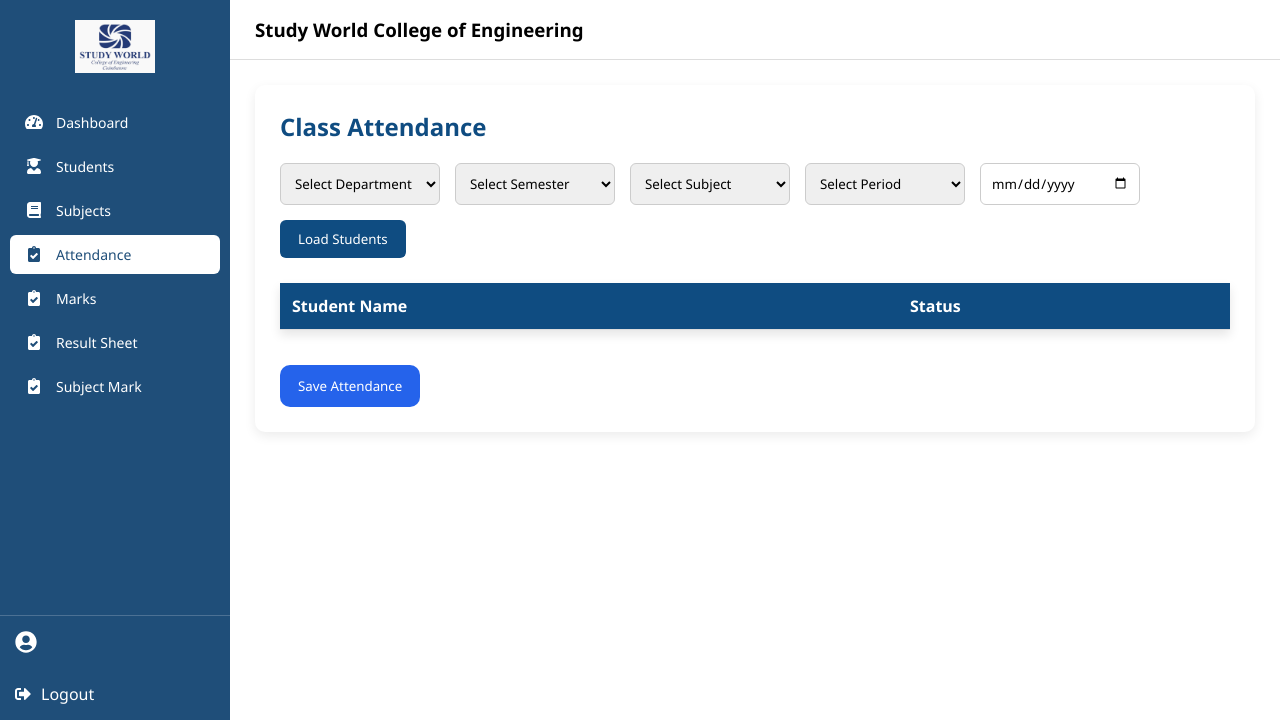
Repository: arthanarieswara/frontend
Page: /attendance
The author's editor kept a copy of each file at every save. The page is drawn from the files as they stood at one save, then again after the next save.
The browser window is 1280 px wide. The pictures show the whole page.
The page's requests for data from a server got no answer. The project was rebuilt for these pictures with package versions that can differ from the ones it lists, and the page was loaded fresh each time. No one was signed in, and anything a server would have sent is missing. Also part of the build but not shown: vite.config.js, src/pages/auth/Login.jsx, src/pages/dashboard/Dashboard.css, src/pages/dashboard/Dashboard.jsx, src/pages/departments/Departments.jsx, src/pages/students/Students.css, src/pages/students/Students.jsx, src/pages/faculty/Faculty.css and 12 more.

Above is the page before, as saved 2026-04-17 13:36:24.

### index.html
<!doctype html>
<html lang="en">
  <head>
    <meta charset="UTF-8" />
    <link rel="icon" type="image/svg+xml" href="/college-logo.png" />
    <meta name="viewport" content="width=device-width, initial-scale=1.0" />
    <title>SWMS</title>
  </head>
  <body>
    <div id="root"></div>
    <script type="module" src="/src/main.jsx"></script>
  </body>
</html>

### src/App.jsx
import AppRoutes from "./routes/AppRoutes";

function App() {
  return <AppRoutes />;
}

export default App;

### src/routes/AppRoutes.jsx
import { BrowserRouter, Routes, Route } from "react-router-dom";

import Login from "../pages/auth/Login";
import Dashboard from "../pages/dashboard/Dashboard";
import Departments from "../pages/departments/Departments";
import Students from "../pages/students/Students";
import Faculty from "../pages/faculty/Faculty";
import Subjects from "../pages/Subjects/Subjects";
import Attendance from "../pages/Attendance/Attendance";
import Users from "../pages/users/Users";
import UserMapping from "../pages/UserMapping/UserMapping"; // ✅ NEW
import FacultyAttendance from "../pages/faculty/FacultyAttendance";
import Marks from "../pages/marks/Marks";
import ResultSheet from "../pages/marks/ResultSheet";
import SubjectMarks from "../pages/marks/SubjectMarks";
function AppRoutes() {
  return (
    <BrowserRouter>
      <Routes>
        <Route path="/" element={<Login />} />
        <Route path="/dashboard" element={<Dashboard />} />
        <Route path="/departments" element={<Departments />} />
        <Route path="/students" element={<Students />} />
        <Route path="/faculty" element={<Faculty />} />
        <Route path="/subjects" element={<Subjects />} />
        <Route path="/attendance" element={<Attendance />} />
        <Route path="/users" element={<Users />} />
        <Route path="/faculty-attendance" element={<FacultyAttendance />} />

        {/* ✅ NEW ROUTE */}
        <Route path="/mapping" element={<UserMapping />} />
        <Route path="/marks" element={<Marks />} />
        <Route path="/result-sheet" element={<ResultSheet />} />
        <Route path="/subject-marks" element={<SubjectMarks />} />
      </Routes>
    </BrowserRouter>
  );
}

export default AppRoutes;

### src/pages/Attendance/Attendance.jsx
import { useEffect, useState } from "react";
import Layout from "../../components/Layout";
import api from "../../api/api";
import "./Attendance.css";

function Attendance() {
  const [departments, setDepartments] = useState([]);
  const [subjects, setSubjects] = useState([]);
  const [students, setStudents] = useState([]);

  const [department, setDepartment] = useState("");
  const [semester, setSemester] = useState("");
  const [subject, setSubject] = useState("");
  const [date, setDate] = useState("");
  const [period, setPeriod] = useState(""); // ✅ NEW

  const [attendance, setAttendance] = useState([]);
  const [loading, setLoading] = useState(false);

  /* ================= INIT ================= */

  useEffect(() => {
    fetchDepartments();
    fetchSubjects();
  }, []);

  /* ================= FETCH ================= */

  const fetchDepartments = async () => {
    try {
      const res = await api.get("/departments");
      setDepartments(res.data || []);
    } catch (err) {
      console.error("Departments Error:", err);
    }
  };

  const fetchSubjects = async () => {
    try {
      const res = await api.get("/subjects");
      setSubjects(res.data || []);
    } catch (err) {
      console.error("Subjects Error:", err);
    }
  };

  /* ================= LOAD STUDENTS ================= */

  const fetchStudents = async () => {
    if (!department || !semester) {
      alert("Select Department and Semester");
      return;
    }

    setLoading(true);

    try {
      const res = await api.get(
        `/attendance/filter?department_id=${department}&semester=${semester}`
      );

      const studentList = res.data || [];

      if (studentList.length === 0) {
        alert("No students found");
      }

      setStudents(studentList);

      const initial = studentList.map((s) => ({
        student_id: s.id,
        status: "Present",
      }));

      setAttendance(initial);

    } catch (err) {
      console.error("Fetch Students Error:", err);
      alert("Failed to load students");
    } finally {
      setLoading(false);
    }
  };

  /* ================= TOGGLE ================= */

  const toggleStatus = (index) => {
    const updated = [...attendance];

    updated[index].status =
      updated[index].status === "Present" ? "Absent" : "Present";

    setAttendance(updated);
  };

  /* ================= SAVE ================= */

  const saveAttendance = async () => {
    if (!subject || !date || !period || attendance.length === 0) {
      alert("Please select subject, date, period and load students");
      return;
    }

    setLoading(true);

    try {
      const data = {
        subject_id: subject,
        date,
        period, // ✅ NEW
        attendance,
      };

      console.log("Sending Attendance:", data);

      await api.post("/attendance", data);

      alert("✅ Attendance Saved Successfully");

      // OPTIONAL RESET
      setStudents([]);
      setAttendance([]);
      setPeriod("");

    } catch (err) {
      console.error("Save Error:", err.response?.data || err.message);

      alert(
        err.response?.data?.message ||
        "Error saving attendance"
      );
    } finally {
      setLoading(false);
    }
  };

  /* ================= UI ================= */

  return (
    <Layout>
      <div className="attendance-page">
        <h2>Class Attendance</h2>

        {/* FILTERS */}
        <div className="attendance-filters">

          <select
            value={department}
            onChange={(e) => setDepartment(e.target.value)}
          >
            <option value="">Select Department</option>
            {departments.map((d) => (
              <option key={d.id} value={d.id}>
                {d.name}
              </option>
            ))}
          </select>

          <select
            value={semester}
            onChange={(e) => setSemester(e.target.value)}
          >
            <option value="">Select Semester</option>
            {[1,2,3,4,5,6,7,8].map((s) => (
              <option key={s} value={s}>
                Semester {s}
              </option>
            ))}
          </select>

          <select
            value={subject}
            onChange={(e) => setSubject(e.target.value)}
          >
            <option value="">Select Subject</option>
            {subjects.map((s) => (
              <option key={s.id} value={s.id}>
                {s.name}
              </option>
            ))}
          </select>

          {/* ✅ PERIOD DROPDOWN */}
          <select
            value={period}
            onChange={(e) => setPeriod(e.target.value)}
          >
            <option value="">Select Period</option>
            {[1,2,3,4,5,6,7,8].map((p) => (
              <option key={p} value={p}>
                Period {p}
              </option>
            ))}
          </select>

          <input
            type="date"
            value={date}
            onChange={(e) => setDate(e.target.value)}
          />

          <button onClick={fetchStudents} disabled={loading}>
            {loading ? "Loading..." : "Load Students"}
          </button>
        </div>

        {/* TABLE */}
        <table className="attendance-table">
          <thead>
            <tr>
              <th>Student Name</th>
              <th>Status</th>
            </tr>
          </thead>

          <tbody>
            {students.map((s, index) => (
              <tr key={s.id}>
                <td>{s.name}</td>

                <td>
                  <button
                    className={
                      attendance[index]?.status === "Present"
                        ? "present"
                        : "absent"
                    }
                    onClick={() => toggleStatus(index)}
                  >
                    {attendance[index]?.status}
                  </button>
                </td>
              </tr>
            ))}
          </tbody>
        </table>

        <button
          className="save-btn"
          onClick={saveAttendance}
          disabled={loading}
        >
          {loading ? "Saving..." : "Save Attendance"}
        </button>
      </div>
    </Layout>
  );
}

export default Attendance;

### src/pages/auth/Login.css
*{
  margin:0;
  padding:0;
  box-sizing:border-box;
  font-family:"Segoe UI",sans-serif;
}

/* ANIMATED BACKGROUND */

.login-wrapper{
  height:100vh;
  display:flex;
  justify-content:center;
  align-items:center;
  background:linear-gradient(270deg,#0f4c81,#3a8bfd,#1a6ed8);
  background-size:600% 600%;
  animation:gradientBG 10s ease infinite;
}

@keyframes gradientBG{
  0%{background-position:0% 50%}
  50%{background-position:100% 50%}
  100%{background-position:0% 50%}
}

/* LOGIN CARD */

.login-card{
  width:420px;
  padding:40px;
  border-radius:12px;
  background:rgba(255,255,255,0.15);
  backdrop-filter:blur(15px);
  box-shadow:0 15px 40px rgba(0,0,0,0.3);
  text-align:center;
  color:white;
}

/* COLLEGE HEADER */

.college-logo{
  width:70px;
  margin-bottom:10px;
}

.college-header h1{
  font-size:20px;
  margin-bottom:5px;
}

.college-header p{
 font-size:13px;
  opacity:0.9;
}

.college-header span{
  font-size:12px;
  opacity:0.8;
}

.college-header{
  margin-bottom:30px;
}

/* INPUT GROUP */

.input-group{

  position:relative;
  margin-bottom:20px;
}

.input-group input{
  width:100%;
  padding:12px;
  border:none;
  border-radius:6px;
  outline:none;
  font-size:14px;
}

/* FLOATING LABEL */

.input-group label{
  position:absolute;
  left:12px;
  top:50%;
  transform:translateY(-50%);
  color:#000000;
  font-size:14px;
  pointer-events:none;
  transition:0.3s;
}

.input-group input:focus + label,
.input-group input:not(:placeholder-shown) + label{
  top:-8px;
  /* background:white; */
  padding:0 5px;
  font-size:15px;
  color:white;
}

/* PASSWORD ICON */

.password-group{
 position:relative;
}

.eye-icon{
  position:absolute;
  right:10px;
  top:50%;
  transform:translateY(-50%);
  cursor:pointer;
  color:#444;
}

/* BUTTON */

.login-btn{
  width:100%;
  padding:12px;
  border:none;
  border-radius:6px;
  background:white;
  color:#0f4c81;
  font-size:16px;
  font-weight:bold;
  cursor:pointer;
  transition:all 0.3s;
}

.login-btn:hover{
  transform:translateY(-2px);
  box-shadow:0 5px 15px rgba(0,0,0,0.3);
}

### src/components/Layout.jsx
import { useState } from "react";
import Sidebar from "./Sidebar";
import Navbar from "./Navbar";

function Layout({ children }) {

  const [collapsed,setCollapsed] = useState(false);

  return (

    <div style={{display:"flex"}}>

      <Sidebar collapsed={collapsed} />

      <div style={{flex:1}}>

        <Navbar toggleSidebar={()=>setCollapsed(!collapsed)} />

        <div style={{padding:"25px"}}>
          {children}
        </div>

      </div>

    </div>

  );

}

export default Layout;

### src/pages/departments/Departments.css
.departments h2 {
    margin-bottom: 20px;
}

.add-section {
    display: flex;
    gap: 10px;
    margin-bottom: 20px;
}

.add-section input {
    padding: 10px;
    border: 1px solid #ccc;
    border-radius: 5px;
}

.add-section button {
    background: #0f4c81;
    color: white;
    border: none;
    padding: 10px 15px;
    border-radius: 5px;
    cursor: pointer;
}

table {
    width: 100%;
    border-collapse: collapse;
    background: white;
    box-shadow: 0 5px 10px rgba(0, 0, 0, 0.1);
}

th,
td {
    padding: 12px;
    border-bottom: 1px solid #ddd;
    text-align: left;
}

.delete-btn {
    background: red;
    color: white;
    border: none;
    padding: 6px 10px;
    border-radius: 4px;
    cursor: pointer;
}

.edit-btn {
    background: #0f4c81;
    color: white;
    border: none;
    padding: 6px 10px;
    border-radius: 4px;
    cursor: pointer;
    margin: 10px;
}

### src/pages/Attendance/Attendance.css
.attendance-page {
  background: white;
  padding: 25px;
  border-radius: 10px;
  box-shadow: 0 4px 12px rgba(0, 0, 0, 0.08);
}

.attendance-page h2 {
  margin-bottom: 20px;
  color: #0f4c81;
}

.attendance-filters {
  display: flex;
  gap: 15px;
  margin-bottom: 25px;
  flex-wrap: wrap;
}

.attendance-filters select,
.attendance-filters input {
  padding: 10px;
  border: 1px solid #ccc;
  border-radius: 6px;
  min-width: 160px;
}

.attendance-filters button {
  background: #0f4c81;
  color: white;
  border: none;
  padding: 10px 18px;
  border-radius: 6px;
  cursor: pointer;
}

.attendance-table {
  width: 100%;
  border-collapse: collapse;
  margin-bottom: 20px;
}

.attendance-table th {
  background: #0f4c81;
  color: white;
  padding: 12px;
  text-align: left;
}

.attendance-table td {
  padding: 12px;
  border-bottom: 1px solid #eee;
}

.present {
  background: #28a745;
  color: white;
  border: none;
  padding: 6px 12px;
  border-radius: 5px;
  cursor: pointer;
}

.absent {
  background: #dc3545;
  color: white;
  border: none;
  padding: 6px 12px;
  border-radius: 5px;
  cursor: pointer;
}

.save-btn {
  background: #0f4c81;
  color: white;
  border: none;
  padding: 12px 20px;
  border-radius: 6px;
  cursor: pointer;
}

### src/pages/faculty/FacultyAttendance.css
.faculty-attendance {
  padding: 25px;
}

/* HEADER */
.header {
  display: flex;
  justify-content: space-between;
  align-items: center;
  margin-bottom: 20px;
}

.actions {
  display: flex;
  gap: 10px;
}

.actions input {
  padding: 8px;
  border-radius: 6px;
  border: 1px solid #ccc;
}

.actions button {
  background: #1e5eff;
  color: white;
  border: none;
  padding: 8px 14px;
  border-radius: 6px;
  cursor: pointer;
}

.actions button:hover {
  background: #1748c7;
}

.secondary-btn {
  background: #28a745;
}

.secondary-btn:hover {
  background: #1e7e34;
}

/* TABLE */
.table-container {
  background: white;
  border-radius: 10px;
  box-shadow: 0 2px 10px rgba(0,0,0,0.08);
  overflow: hidden;
}

table {
  width: 100%;
  border-collapse: collapse;
}

thead {
  background: #1e5eff;
  color: white;
}

th, td {
  padding: 12px;
}

tbody tr:nth-child(even) {
  background: #f5f7fb;
}

tbody tr:hover {
  background: #eef2ff;
}

/* STATUS COLORS */
.status-dropdown.Present {
  background: #d4edda;
}

.status-dropdown.Absent {
  background: #f8d7da;
}

/* TIME INPUTS */
.time-inputs {
  display: flex;
  gap: 10px;
}

/* REPORT */
.report-section {
  margin-top: 30px;
}

.cards {
  display: flex;
  gap: 15px;
  flex-wrap: wrap;
}

.card {
  background: white;
  padding: 15px;
  border-radius: 8px;
  box-shadow: 0 2px 8px rgba(0,0,0,0.1);
  min-width: 120px;
  text-align: center;
}

.card.total {
  background: #1e5eff;
  color: white;
}

### src/pages/marks/Marks.css
.marks-container {
  padding: 25px;
  background: #f5f7fb;
}

.page-title {
  margin-bottom: 20px;
}

/* FILTER CARD */
.filter-card {
  display: flex;
  gap: 12px;
  flex-wrap: wrap;
  background: white;
  padding: 18px;
  border-radius: 14px;
  box-shadow: 0 4px 18px rgba(0,0,0,0.06);
  margin-bottom: 20px;
}

.filter-card select,
.filter-card input {
  padding: 10px;
  border-radius: 8px;
  border: 1px solid #ddd;
  background: #f9fafb;
}

.filter-card select:focus,
.filter-card input:focus {
  border-color: #2563eb;
  outline: none;
  background: white;
}

/* BUTTON */
.primary-btn {
  background: linear-gradient(135deg, #2563eb, #4f46e5);
  color: white;
  padding: 10px 16px;
  border-radius: 10px;
  border: none;
  cursor: pointer;
}

.primary-btn:hover {
  transform: scale(1.05);
}

/* TABLE CARD */
.table-card {
  background: white;
  padding: 20px;
  border-radius: 16px;
  box-shadow: 0 6px 20px rgba(0,0,0,0.06);
}

/* TABLE */
.marks-table {
  width: 100%;
  border-collapse: collapse;
}

.marks-table th {
  background: #2563eb;
  color: white;
  padding: 10px;
}

.marks-table td {
  padding: 10px;
  border-bottom: 1px solid #eee;
}

/* INPUT */
.mark-input {
  width: 80px;
  padding: 6px;
  border-radius: 6px;
  border: 1px solid #ccc;
}

/* SAVE BUTTON */
.save-btn {
  margin-top: 15px;
  background: #16a34a;
  color: white;
  padding: 10px 18px;
  border-radius: 10px;
  border: none;
  cursor: pointer;
}

.save-btn:hover {
  background: #15803d;
}

### src/components/Navbar.jsx
import { FaBars } from "react-icons/fa";
import "./Navbar.css";

function Navbar({ toggleSidebar }) {

    return (

        <div className="navbar">

            {/* <FaBars className="toggle-btn" onClick={toggleSidebar} /> */}

            <h3>Study World College of Engineering</h3>

        </div>

    )

}

export default Navbar;

### src/components/Sidebar.css
.sidebar {
  width: 230px;
  height: 100vh;
  background: #1f4e79;
  color: white;
  display: flex;
  flex-direction: column;
  justify-content: space-between;
  position: fixed;
  left: 0;
  top: 0;
}

/* HEADER */

.sidebar-header {
  display: flex;
  justify-content: center;
  align-items: center;
  padding: 20px 10px;
}

.sidebar-logo {
  width: 80px;
  object-fit: contain;
}

/* MENU */

.menu {
  display: flex;
  flex-direction: column;
  gap: 5px;
  padding: 10px;
}

/* MENU ITEM */

.menu-item {
  display: flex;
  align-items: center;
  gap: 12px;
  padding: 10px 14px;
  color: white;
  text-decoration: none;
  border-radius: 6px;
  transition: 0.3s;
  font-size: 14px;
}

.menu-item svg {
  font-size: 16px;
  min-width: 20px;
}

.menu-item:hover {
  background: rgba(255, 255, 255, 0.15);
}

.menu-item.active {
  background: white;
  color: #1f4e79;
}

/* PUSH BOTTOM SECTION DOWN */

.bottom-section {
  margin-top: auto;
}

/* PROFILE */

.profile {
  display: flex;
  align-items: center;
  gap: 10px;
  padding: 15px;
  border-top: 1px solid rgba(255, 255, 255, 0.2);
}

.profile-icon {
  font-size: 22px;
}

/* LOGOUT */

.logout {
  display: flex;
  align-items: center;
  gap: 10px;
  padding: 15px;
  cursor: pointer;
  transition: 0.3s;
}

.logout:hover {
  background: rgba(255, 0, 0, 0.2);
}

.main-content {
  margin-left: 190px; /* SAME AS SIDEBAR WIDTH */
  padding: 20px;
}

### src/components/Navbar.css
.navbar{
  height:60px;
  background:white;
  border-bottom:1px solid #ddd;
  display:flex;
  align-items:center;
  padding:0 25px;
}

Loaded but not shown: src/main.jsx (common file); src/api/api.js (19 lines, source omitted); src/components/Sidebar.jsx (122 lines, source omitted); src/pages/marks/SubjectMarks.css (170 lines, source omitted)

After the next save:
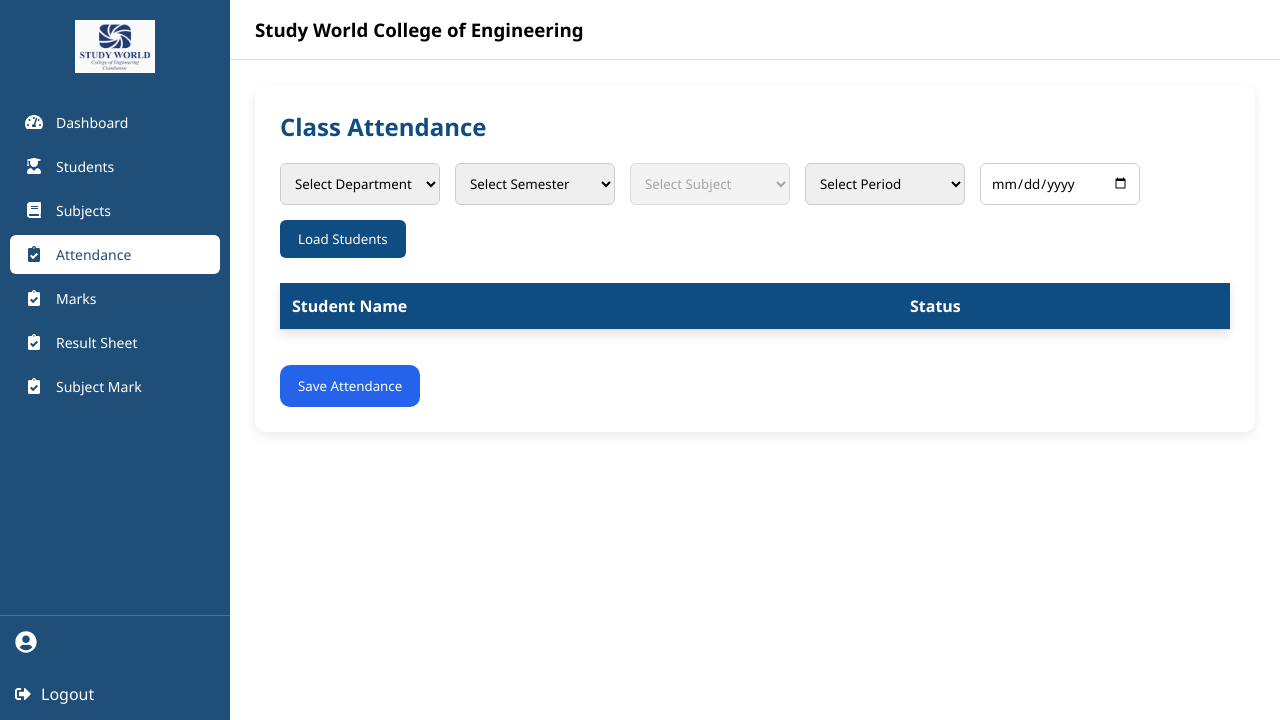
Saved 9 min 49 s later.
--- a/src/pages/Attendance/Attendance.jsx
+++ b/src/pages/Attendance/Attendance.jsx
@@ -12,7 +12,7 @@ function Attendance() {
   const [semester, setSemester] = useState("");
   const [subject, setSubject] = useState("");
   const [date, setDate] = useState("");
-  const [period, setPeriod] = useState(""); // ✅ NEW
+  const [period, setPeriod] = useState("");
 
   const [attendance, setAttendance] = useState([]);
   const [loading, setLoading] = useState(false);
@@ -21,8 +21,18 @@ function Attendance() {
 
   useEffect(() => {
     fetchDepartments();
-    fetchSubjects();
   }, []);
+
+  /* ================= SUBJECT FILTER ================= */
+
+  useEffect(() => {
+    if (department && semester) {
+      fetchSubjectsByFilter(semester, department);
+    } else {
+      setSubjects([]);
+      setSubject("");
+    }
+  }, [department, semester]);
 
   /* ================= FETCH ================= */
 
@@ -35,12 +45,14 @@ function Attendance() {
     }
   };
 
-  const fetchSubjects = async () => {
-    try {
-      const res = await api.get("/subjects");
+  const fetchSubjectsByFilter = async (sem, dept) => {
+    try {
+      const res = await api.get(
+        `/subjects/by-semester?semester=${sem}&department_id=${dept}`
+      );
       setSubjects(res.data || []);
     } catch (err) {
-      console.error("Subjects Error:", err);
+      console.error("Filtered Subjects Error:", err);
     }
   };
 
@@ -73,7 +85,6 @@ function Attendance() {
       }));
 
       setAttendance(initial);
-
     } catch (err) {
       console.error("Fetch Students Error:", err);
       alert("Failed to load students");
@@ -107,7 +118,7 @@ function Attendance() {
       const data = {
         subject_id: subject,
         date,
-        period, // ✅ NEW
+        period,
         attendance,
       };
 
@@ -117,11 +128,11 @@ function Attendance() {
 
       alert("✅ Attendance Saved Successfully");
 
-      // OPTIONAL RESET
+      // RESET
       setStudents([]);
       setAttendance([]);
       setPeriod("");
-
+      setSubject("");
     } catch (err) {
       console.error("Save Error:", err.response?.data || err.message);
 
@@ -144,6 +155,7 @@ function Attendance() {
         {/* FILTERS */}
         <div className="attendance-filters">
 
+          {/* DEPARTMENT */}
           <select
             value={department}
             onChange={(e) => setDepartment(e.target.value)}
@@ -156,6 +168,7 @@ function Attendance() {
             ))}
           </select>
 
+          {/* SEMESTER */}
           <select
             value={semester}
             onChange={(e) => setSemester(e.target.value)}
@@ -168,9 +181,11 @@ function Attendance() {
             ))}
           </select>
 
+          {/* SUBJECT (DYNAMIC) */}
           <select
             value={subject}
             onChange={(e) => setSubject(e.target.value)}
+            disabled={!subjects.length}
           >
             <option value="">Select Subject</option>
             {subjects.map((s) => (
@@ -180,7 +195,7 @@ function Attendance() {
             ))}
           </select>
 
-          {/* ✅ PERIOD DROPDOWN */}
+          {/* PERIOD */}
           <select
             value={period}
             onChange={(e) => setPeriod(e.target.value)}
@@ -193,12 +208,14 @@ function Attendance() {
             ))}
           </select>
 
+          {/* DATE */}
           <input
             type="date"
             value={date}
             onChange={(e) => setDate(e.target.value)}
           />
 
+          {/* LOAD */}
           <button onClick={fetchStudents} disabled={loading}>
             {loading ? "Loading..." : "Load Students"}
           </button>
@@ -235,6 +252,7 @@ function Attendance() {
           </tbody>
         </table>
 
+        {/* SAVE */}
         <button
           className="save-btn"
           onClick={saveAttendance}
